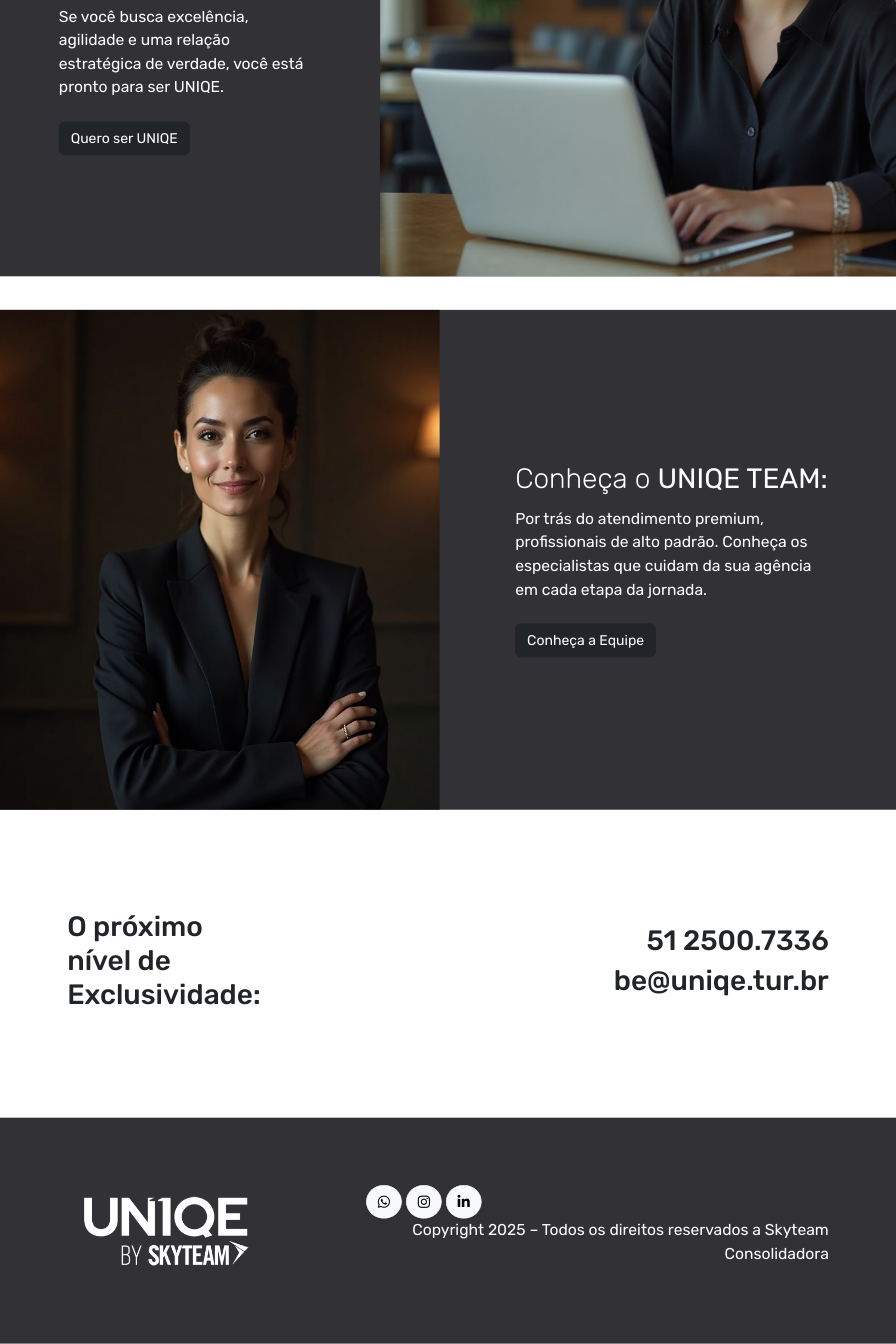
Repository: SkyTeam-Dev/Site-Uniqe
Page: http://localhost/
These files come from the project's save history. The page is drawn as it stood at one moment and after the next save; the edit follows.
The browser window is 1280 px wide. The pictures show the part of the page from y = 2954 to 4874 px (the page is 4874 px tall), at 70% of full size.
Some web libraries are served in a nearby version. The page is run by PHP 8.4 with error messages shown; the project is at /var/www/html/.

Above is the page before, as saved 2025-07-08 09:47:07.

After the next save:
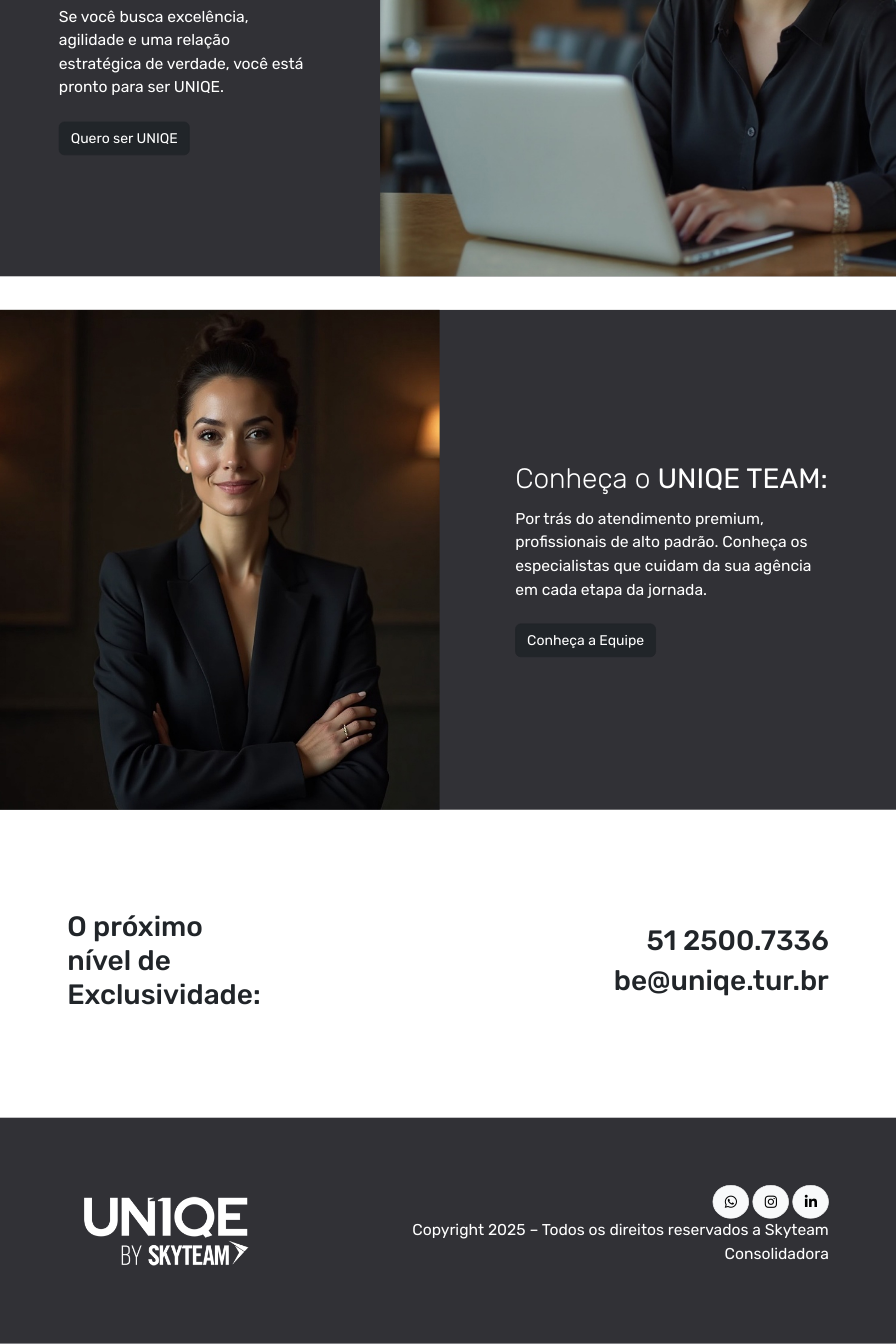
Saved 27 s later.
--- a/index.php
+++ b/index.php
@@ -530,7 +530,7 @@
             </div>
 
             <div class="col-md-8 p-5 mb-4 mb-md-0">
-                <div class="p-5">
+                <div class="p-5 text-end">
 
                     <a id="email-link" target="_Contato"
                         href="https://api.whatsapp.com/send?phone=555132873900&text=Oi Gostaria de mais informações sobre a Outlet"
